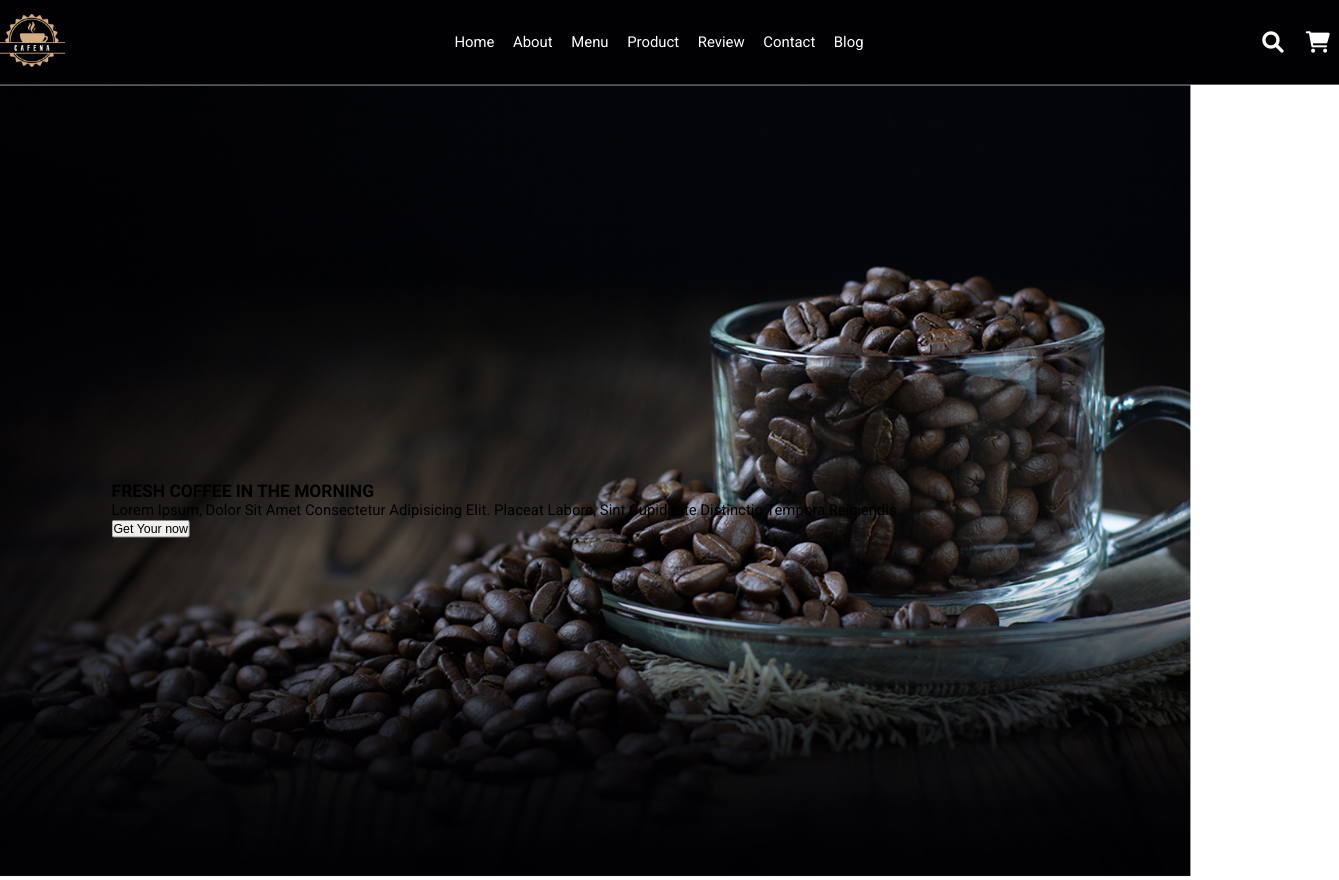
Repository: Dinhthai303/DinhThai
Page: index.html
The author's editor kept a copy of each file at every save. The page is drawn from the files as they stood at one save, then again after the next save.
The browser window is 1280 px wide. The page is 1440 px wide, so the pictures cover 1440 px, including what lies to the right of the window. The pictures show the whole page, at 93% of full size.

Above is the page before, as saved 2021-11-27 23:58:32.

After the next save:
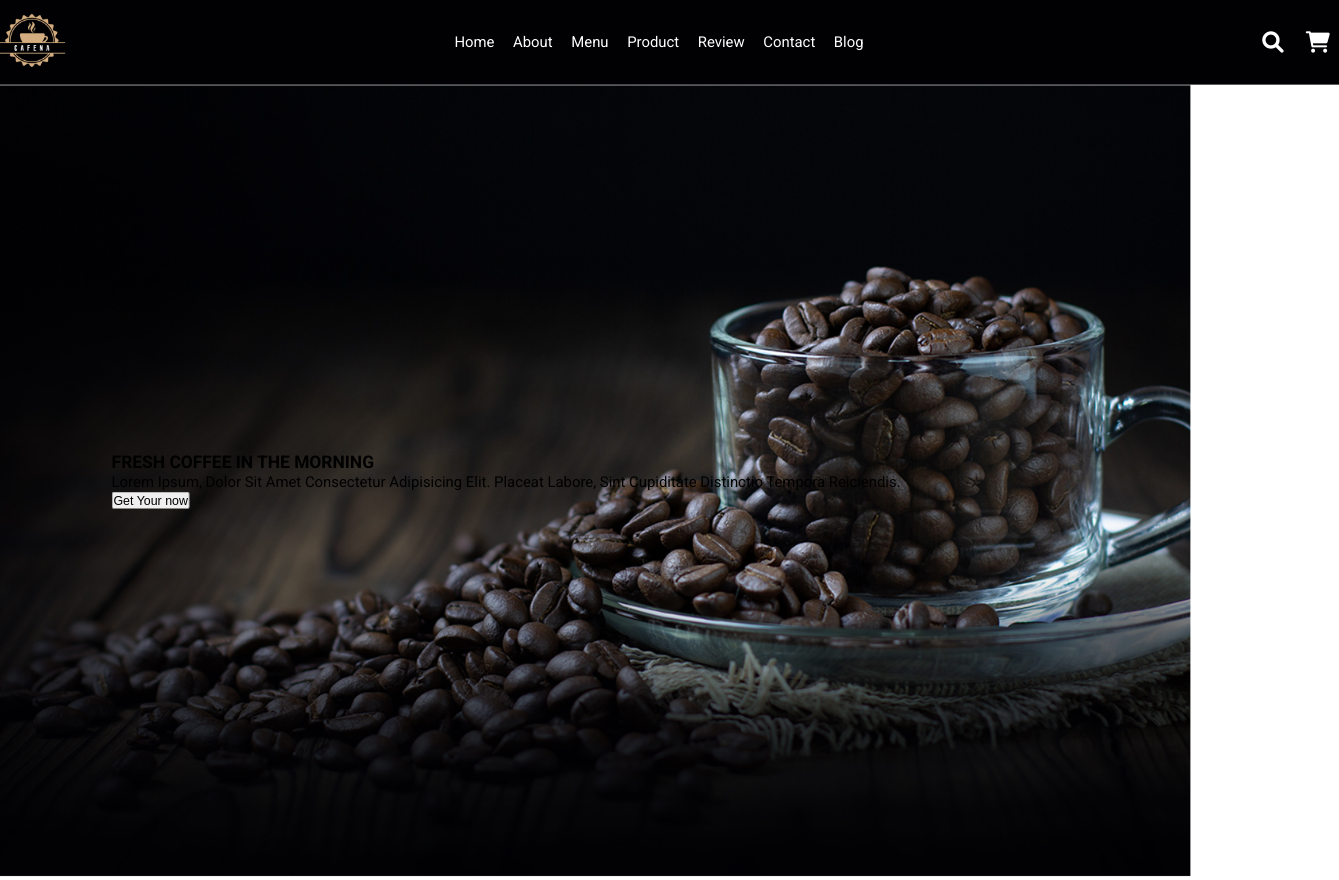
Saved 58 s later.
--- a/css/style.css
+++ b/css/style.css
@@ -76,4 +76,5 @@ body{
     position: absolute;
     top: 50%;
     left: 120px;
+    transform: translateY(-50%);
 }
